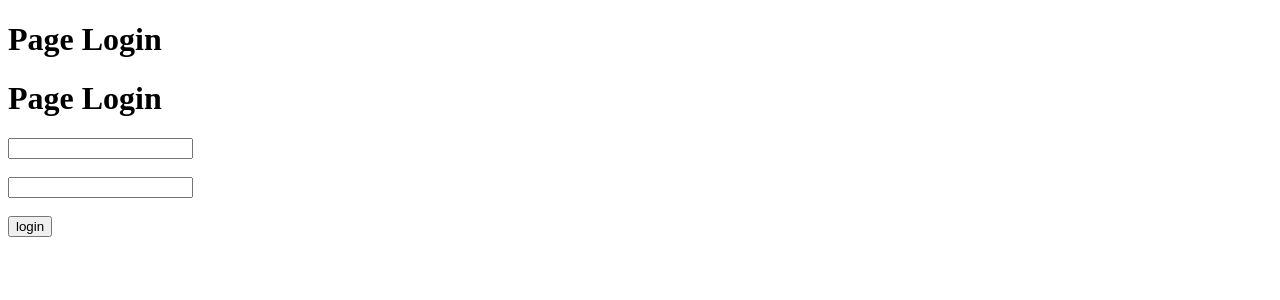
Repository: PhuongNgo95/PhuongNgo95.github.io
Page: http://localhost/ProjectVinID/LoginForwardController
The author's editor kept a copy of each file at every save. The page is drawn from the files as they stood at one save, then again after the next save.
The browser window is 1280 px wide. The pictures show the whole page.
The page is served by Tomcat 9. Other server files are loaded and not shown.

Above is the page before, as saved 2020-09-15 14:36:10.

### ProjectVinID/WebContent/WEB-INF/View/Login.jsp
<%@ page language="java" contentType="text/html; charset=ISO-8859-1"
	pageEncoding="ISO-8859-1"%>
<!DOCTYPE html>
<html>
<head>
<meta charset="ISO-8859-1">
<title>Login Page</title>
</head>
<body>

	<h1>Page Login</h1>

	<h1>Page Login</h1>
	<form action="LoginController" method="POST">
		<input type="text" name="username">
		<br>
		<br>
		<input type="password" name="password">
		<br>
		<br>
		<input type="submit" value="login">
	</form>
</body>
</html>

### ProjectVinID/src/Controller/LoginForwardController.java
package Controller;

import java.io.IOException;

import javax.servlet.RequestDispatcher;
import javax.servlet.ServletException;
import javax.servlet.annotation.WebServlet;
import javax.servlet.http.HttpServlet;
import javax.servlet.http.HttpServletRequest;
import javax.servlet.http.HttpServletResponse;

/**
 * Servlet implementation class LoginForwardController
 */
@WebServlet("/LoginForwardController")
public class LoginForwardController extends HttpServlet {
	private static final long serialVersionUID = 1L;

	/**
	 * @see HttpServlet#HttpServlet()
	 */
	public LoginForwardController() {
		super();
		// TODO Auto-generated constructor stub
	}

	/**
	 * @see HttpServlet#doGet(HttpServletRequest request, HttpServletResponse
	 *      response)
	 */
	protected void doGet(HttpServletRequest request, HttpServletResponse response)
			throws ServletException, IOException {
		RequestDispatcher rd = request.getRequestDispatcher("/WEB-INF/View/Login.jsp");
		rd.forward(request, response);
	}

	/**
	 * @see HttpServlet#doPost(HttpServletRequest request, HttpServletResponse
	 *      response)
	 */
	protected void doPost(HttpServletRequest request, HttpServletResponse response)
			throws ServletException, IOException {
		// TODO Auto-generated method stub
		doGet(request, response);
	}

}

After the next save:
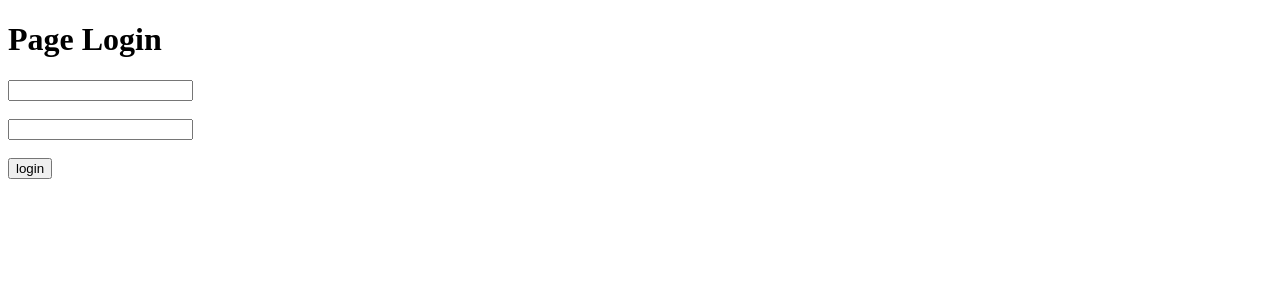
Saved 96 s later.
--- a/ProjectVinID/WebContent/WEB-INF/View/Login.jsp
+++ b/ProjectVinID/WebContent/WEB-INF/View/Login.jsp
@@ -10,7 +10,7 @@
 
 	<h1>Page Login</h1>
 
-	<h1>Page Login</h1>
+	<h1><%= request.getAttribute("msg1") != null?request.getAttribute("msg1"):"" %></h1>
 	<form action="LoginController" method="POST">
 		<input type="text" name="username">
 		<br>
